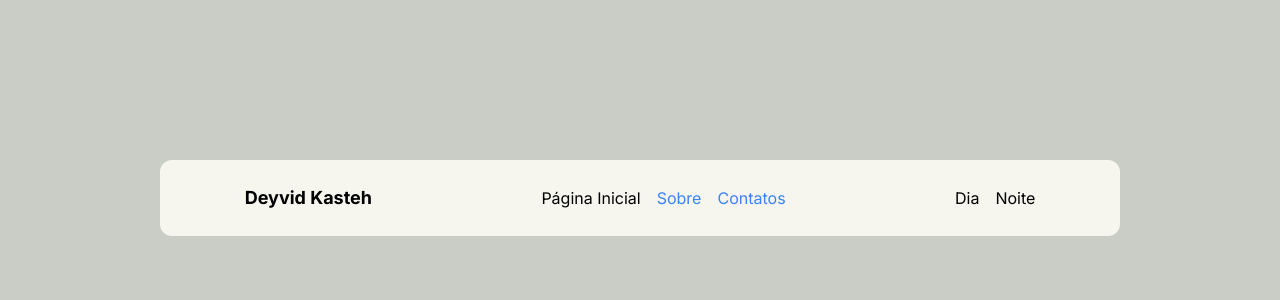
Repository: Deyvid-Kasteh/kasteh_portfolio
Page: /
These files come from the project's save history. The page is drawn as it stood at one moment and after a run of saves; the edit follows.
The browser window is 1280 px wide. The pictures show the whole page.
The project was rebuilt for these pictures with package versions that can differ from the ones it lists, and the page was loaded fresh each time. The framework's server and built-in components were replaced by stand-ins that run in the browser. Also part of the build but not shown: next.config.mjs.

Above is the page before, as saved 2024-03-24 02:46:02.

### src/app/layout.tsx
import type { Metadata } from "next";
import { Inter } from "next/font/google";
import "./globals.css";

const inter = Inter({ subsets: ["latin"] });

export const metadata: Metadata = {
  title: "Create Next App",
  description: "Generated by create next app",
};

export default function RootLayout({
  children,
}: Readonly<{
  children: React.ReactNode;
}>) {
  return (
    <html lang="pt-br">
      <body
        className={`bg-customGrayBG ${inter.className} p-4 sm:p-6 md:p-8 lg:p-10 xl:p-40`}
      >
        {children}
      </body>
    </html>
  );
}

### src/app/page.tsx
import Header from "./components/header";

export default function Home() {
  return (
    <>
      <Header />
      <main></main>
      <footer></footer>
    </>
    // <main className="bg-neutral-200 flex min-h-screen flex-col items-center justify-between p-24">

    // </main>
  );
}

### src/app/globals.css
@tailwind base;
@tailwind components;
@tailwind utilities;

:root {
  --foreground-rgb: 0, 0, 0;
  --background-start-rgb: 214, 219, 220;
  --background-end-rgb: 0, 0, 0;
}

/* @media (prefers-color-scheme: dark) {
  :root {
    --foreground-rgb: 255, 255, 255;
    --background-start-rgb: 0, 0, 0;
    --background-end-rgb: 0, 0, 0;
  }
} */

body {
  color: "#25282B"
  /* background: linear-gradient(
      to bottom,
      transparent,
      rgb(var(--background-end-rgb))
    )
    rgb(var(--background-start-rgb)); */
}



@layer utilities {
  .text-balance {
    text-wrap: balance;
  }
}

### src/app/components/header.tsx
import React from "react";

const Header: React.FC = () => {
  return (
    <header className="bg-customGrayComponents flex justify-around items-center py-6 rounded-xl">
      <h1 className="text-lg font-bold">Deyvid Kasteh</h1>
      <nav>
        <ul className="flex space-x-4">
          <li>
            <a href="#">Página Inicial</a>
          </li>
          <li>
            <a
              href="#"
              className="text-blue-500 hover:text-blue-700 hover:bg-blue-500"
            >
              Sobre
            </a>
          </li>
          <li>
            <a href="#" className="text-blue-500 hover:text-blue-700">
              Contatos
            </a>
          </li>
        </ul>
      </nav>
      <div className="flex space-x-4">
        <p>Dia</p>
        <p>Noite</p>
      </div>
    </header>
  );
};

export default Header;

### tailwind.config.ts
import type { Config } from "tailwindcss";

const config: Config = {
  content: [
    "./src/pages/**/*.{js,ts,jsx,tsx,mdx}",
    "./src/components/**/*.{js,ts,jsx,tsx,mdx}",
    "./src/app/**/*.{js,ts,jsx,tsx,mdx}",
  ],
  theme: {
    extend: {
      backgroundImage: {
        "gradient-radial": "radial-gradient(var(--tw-gradient-stops))",
        "gradient-conic":
          "conic-gradient(from 180deg at 50% 50%, var(--tw-gradient-stops))",
      },
      colors: {
        customGrayBG: "#CACCC6", // Definindo o background color
        customGrayComponents: "#F6F6EF",
      },
    },
  },
  plugins: [],
};
export default config;

After the next 2 saves:
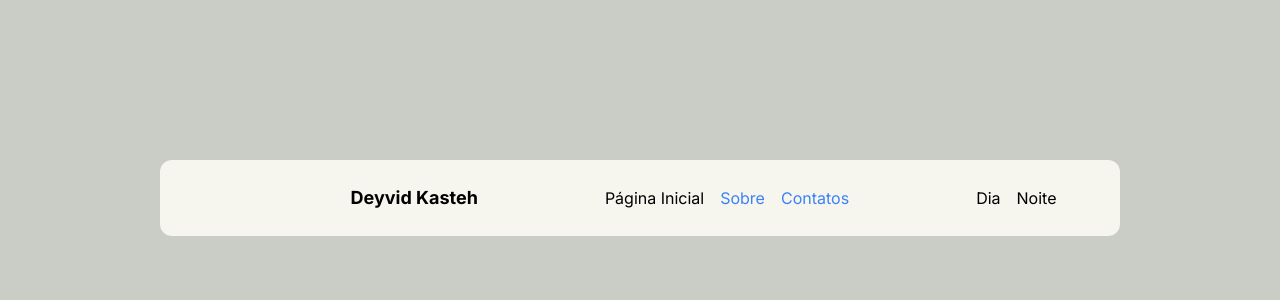
The 2 saves are shown as one change because they came seconds apart.
The last was saved 7 min 6 s later.
--- a/src/app/components/header.tsx
+++ b/src/app/components/header.tsx
@@ -2,7 +2,8 @@ import React from "react";
 
 const Header: React.FC = () => {
   return (
-    <header className="bg-customGrayComponents flex justify-around items-center py-6 rounded-xl">
+      <header className="bg-customGrayComponents flex justify-around items-center py-6 rounded-xl">
+          <div></div>
       <h1 className="text-lg font-bold">Deyvid Kasteh</h1>
       <nav>
         <ul className="flex space-x-4">
